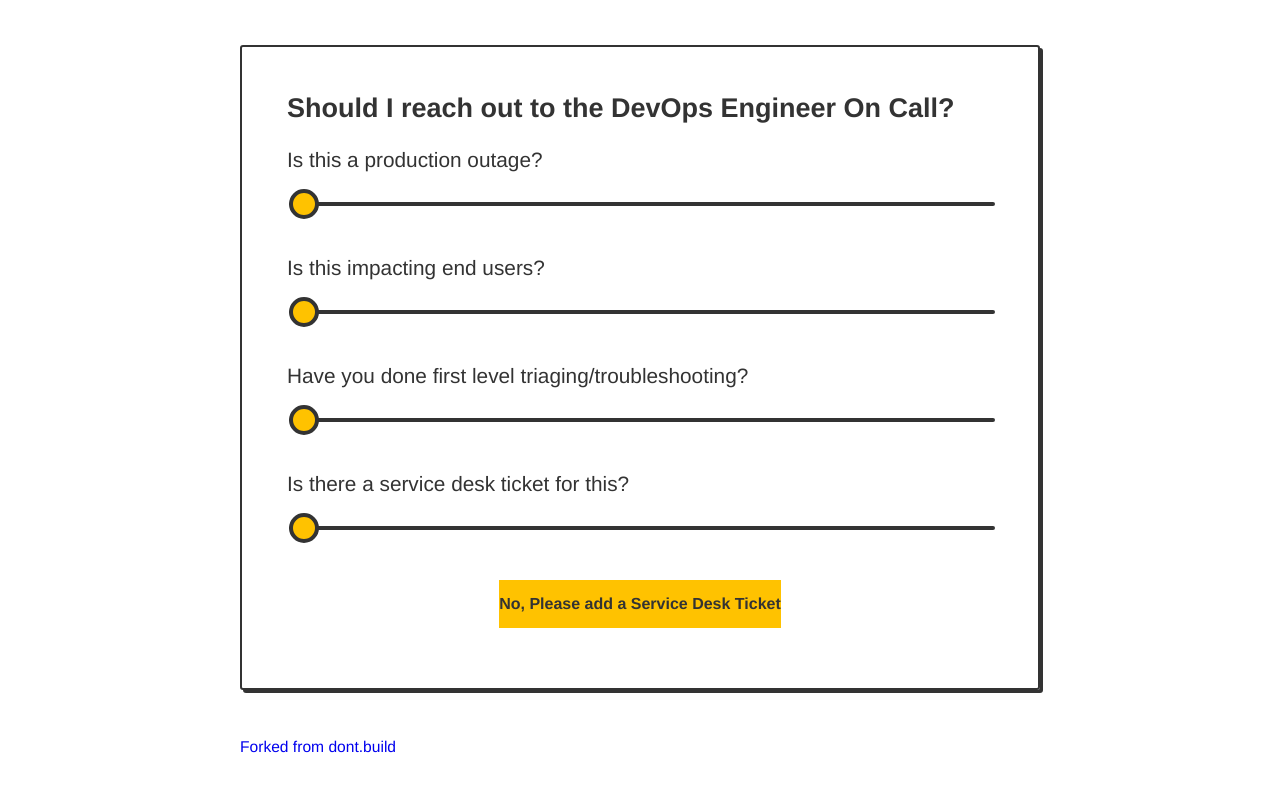
Repository: harishbsrinivas/dont.call
Page: index.html
An editor plug-in stored every save of this project. The page is shown before and after the next save, followed by the edit.
The browser window is 1280 px wide. The pictures show the whole page.

Above is the page before, as saved 2022-12-04 11:55:25.

### index.html
<!DOCTYPE html>
<html lang="en-US">

<head>
    <meta charset="utf-8" />
    <title>Should I reach out to the DevOps Engineer On Call?</title>
    <meta name="description"
        content="A simple, opinionated decision system to help decide whether to reach out to the Devops Engineer On Call?" />
    <link rel="shortcut icon" href="https://dont.build/favicon.png" />
    <meta property="og:image" content="https://dont.build/thumb.png">
    <meta name="viewport" content="width=device-width, initial-scale=1" />
    <link href="style.css?v=2" rel="stylesheet" type="text/css" />
</head>

<body>

    <div class="container">
        <section class="box">
            <h1 class="title">Should I reach out to the DevOps Engineer On Call?</h1>
            <br />
            <form class="form">
                <fieldset class="p-outage">
                    <span class="value"></span>
                    <label>Is this a production outage?</label>
                    <input type="range" min="1" max="2" step="1" value="1" />
                </fieldset>
                <fieldset class="p-impact">
                    <span class="value"></span>
                    <label>Is this impacting end users?</label>
                    <input type="range" min="1" max="3" step="1" value="1" />
                </fieldset>
                <fieldset class="p-tshoot">
                    <span class="value"></span>
                    <label>Have you done first level triaging/troubleshooting?</label>
                    <input type="range" min="1" max="2" step="1" value="1" />
                </fieldset>
                <fieldset class="p-peers">
                    <span class="value"></span>
                    <label>Is there a service desk ticket for this?</label>
                    <input type="range" min="1" max="2" step="1" value="3" />
                </fieldset>
            </form>
            <h1 class="answer">
                <span><span class="bool"></span><span class="percent"></span></span>
            </h1>
        </section>

        <noscript>
            <h1>This page requires Javascript to function.</h1>
        </noscript>

        <footer><a href="https://github.com/knadh/dont.build">Forked from dont.build</a>
        </footer>
    </div>


    <script>
        (function () {
            const params = [
                { weight: 1, value: 1, negative: false, name: 'p-outage', },
                { weight: 2, value: 1, negative: false, name: 'p-impact', },
                { weight: 0.3, value: 1, negative: false, name: 'p-tshoot', },
                { weight: 0.6, value: 1, negative: false, name: 'p-peers', },
            ]

            params.forEach((p, n) => {
                let net = 0;
                const inp = document.querySelector(`.${p.name} input`);

                inp.value = p.value;
                inp.oninput = (e) => {
                    const val = parseFloat(e.target.value, 64);
                    document.querySelector(`.${p.name} .value`).innerText = val;
                    p.value = val;

                    // Sum all weighted params.
                    const sum = params.reduce((prev, pm) => {
                        let v = pm.value;
                        if (pm.negative) {
                            v = 10 - v;
                        }

                        return prev + (v / 10 * pm.weight);
                    }, 0);

                    // Display the results.
                    // document.querySelector(".answer .percent").innerText = `${(sum * 100).toFixed(0)}%`;

                    let b = 'Yes';
                    if (sum < 0.5 && sum > 0.46) {
                        b = `No, Please add a Service Desk Ticket`;
                    } else if (sum < 0.48) {
                        b = `No, Please add a Service Desk Ticket`;
                    } else if (sum > 0.5 && sum < 0.54) {
                        b = `Yes`;
                    } else if (sum === 0.5) {
                        b = 'Yes';
                    }
                    document.querySelector(".answer .bool").innerText = b;
                };

                inp.dispatchEvent(new Event('input'));
            });
        })();
    </script>

</body>

</html>

### style.css
:root {
    --primary: #ffc200;
    --secondary: #333;
}

* {
    box-sizing: border-box;
}

html, body {
    margin: 0;
}

body {
    font-family: 'Helvetica Neue', 'Segoe UI', Arial, sans-serif;
    font-size: 18px;
    line-height: 24px;
    color: var(--secondary);
    height: 100%;
    margin: 0;
    padding: 0;
}

h1, h2, h3 {
  line-height: 2rem;
}

a {
    text-decoration: none;
}

p {
  color: #666;
}

fieldset {
  padding: 0;
  margin: 0;
  border: 0;
}

input[type="range"] {
  -webkit-appearance: none;
  width: 100%;
  height: 4px;
  background: var(--secondary);
  border-radius: 3px;
}

input[type="range"]::-webkit-slider-thumb {
  -webkit-appearance: none;
  background: var(--primary);
  height: 30px;
  width: 30px;
  border-radius: 50%;
  cursor: pointer;
  border: 4px solid var(--secondary);
}

input[type="range"]::-moz-range-thumb {
  background: var(--primary);
  border-radius: 100%;
  height: 20px;
  width: 20px;
  cursor: pointer;
  border: 4px solid var(--secondary);
}

input[type=range]::-webkit-slider-runnable-track  {
  -webkit-appearance: none;
  box-shadow: none;
  border: none;
  background: transparent;
}


button {
    background: var(--primary);
    cursor: pointer;
    border-color: #000;
    padding: 10px 30px;
}
    button:hover {
        background: #aaa;
    }

.container {
    max-width: 800px;
    margin: 45px auto 30px auto;
}
.box {
    padding: 30px 45px;
    border: 1px solid #ddd;
    border-radius: 3px;
    border: 2px solid var(--secondary);
    box-shadow: 3px 3px 0px var(--secondary);
    margin-bottom: 45px;
}

.container .title {
  margin: 15px 0 0px 0;
}

.help {
  margin-top: 5px;
}

.form {
  clear: both;
}
.form fieldset {
  font-size: 1.3rem;
  margin-bottom: 45px;
}
  .form label {
    display: block;
    margin-bottom: 15px;
  }
  .form .value, .help {
    display: none;
    float: right;
    color: #aaa;
  }

.answer {
  text-align: center;
  margin: 30px 0;
  font-size: 1rem;
  line-height: 3rem;
}
  .answer span {
    display: inline-block;
    background: var(--primary);
  }

footer {
  margin: 30px auto;
  color: #999;
  font-size: 0.975rem;
}

@media (max-width: 800px) {
  .container {
    max-width: none;
    margin: 20px 30px 20px 20px;
    padding: 0;
  }
  .box {
    padding: 0;
    border: 0;
    box-shadow: none;
  }
  .help {
    float: none;
  }
  .form label {
    float: left;
    max-width: 90%;
  }
}


@media (max-width: 400px) {
  .form label {
    max-width: 70%;
  }
}

After the next save:
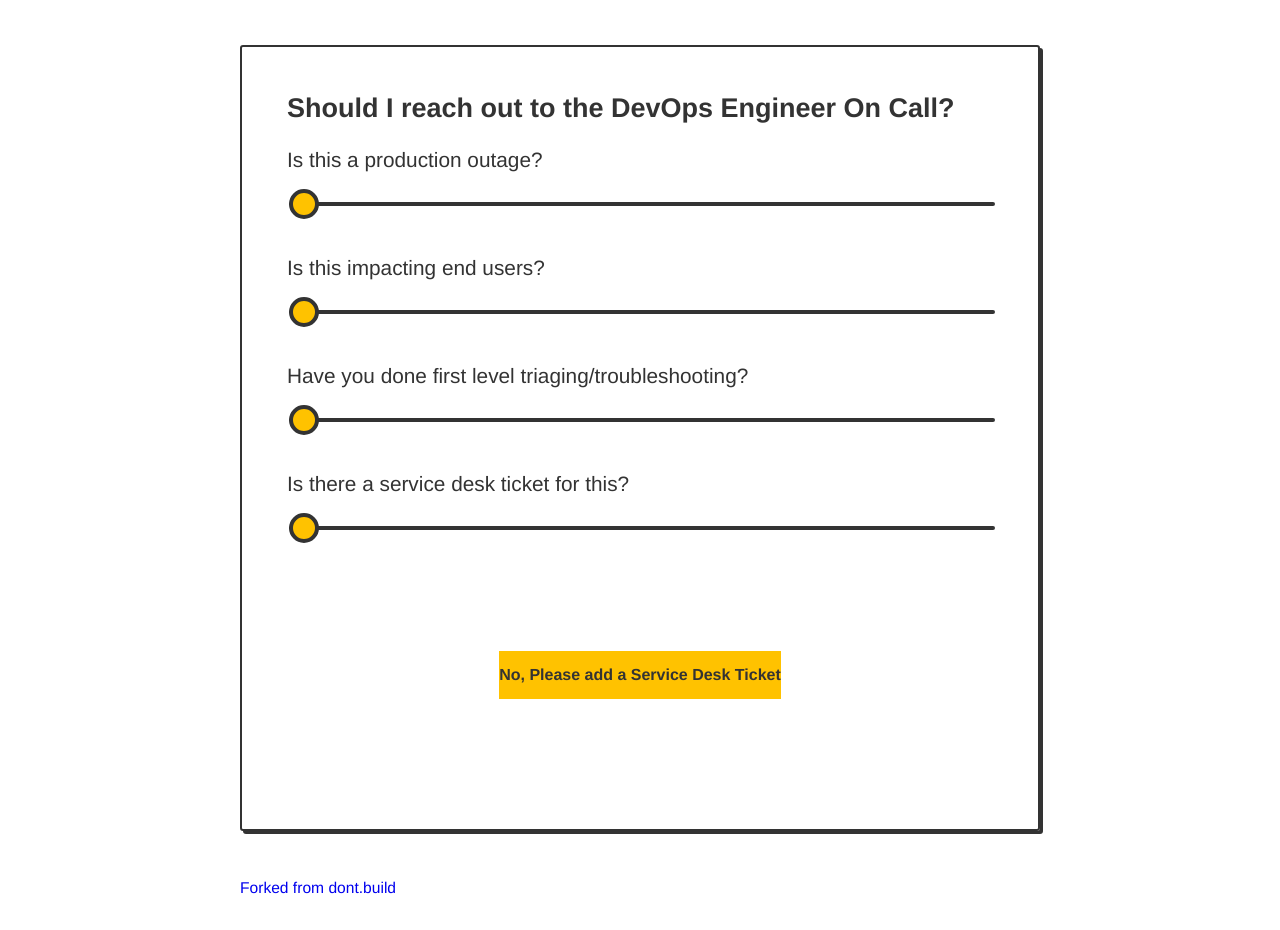
Saved 17 s later.
--- a/style.css
+++ b/style.css
@@ -127,6 +127,7 @@ button {
   margin: 30px 0;
   font-size: 1rem;
   line-height: 3rem;
+  padding: 10%;
 }
   .answer span {
     display: inline-block;
